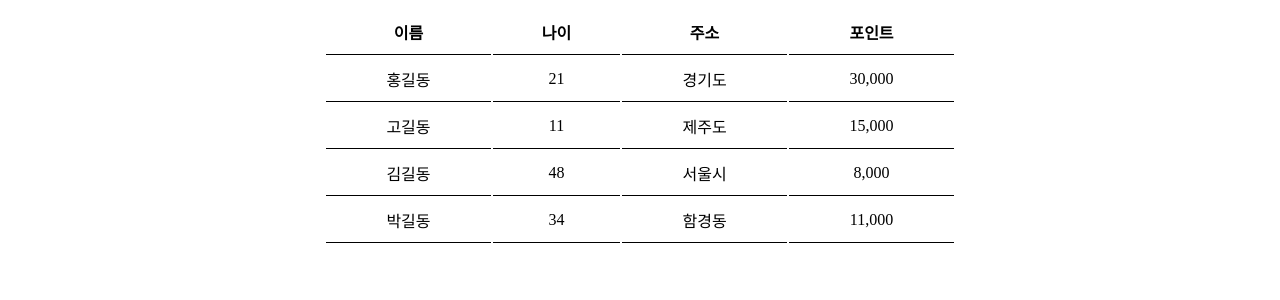
Repository: claddds/2023_webstudy
Page: 01_html/src/main/webapp/day03/ex06_tableStyling.html
The author's editor kept a copy of each file at every save. The page is drawn from the files as they stood at one save, then again after the next save.
The browser window is 1280 px wide. The pictures show the whole page.

Above is the page before, as saved 2023-06-21 02:12:02.

### 01_html/src/main/webapp/day03/ex06_tableStyling.html
<!DOCTYPE html>
<html>
<head>
<meta charset="UTF-8">
<title>hover 이용</title>
<style type="text/css">
	table{
		width: 50%;
		margin: auto;
	}

	th,td{
		text-align: center;
		border-bottom: 1px solid #000;
		padding: 10px;
	}
	/*tr에 마우스 포인터를 놓으면*/
	tr:hover{
		background-color: #d3ffff;
	}
</style>
</head>
<body>
	<table>
		<thead>
			<tr><th>이름</th><th>나이</th><th>주소</th><th>포인트</th></tr>
		</thead>
		<tbody>
			<tr><td>홍길동</td><td>21</td><td>경기도</td><td>30,000</td></tr>
			<tr><td>고길동</td><td>11</td><td>제주도</td><td>15,000</td></tr>
			<tr><td>김길동</td><td>48</td><td>서울시</td><td>8,000</td></tr>
			<tr><td>박길동</td><td>34</td><td>함경동</td><td>11,000</td></tr>
		</tbody>
	</table>
</body>
</html>

After the next save:
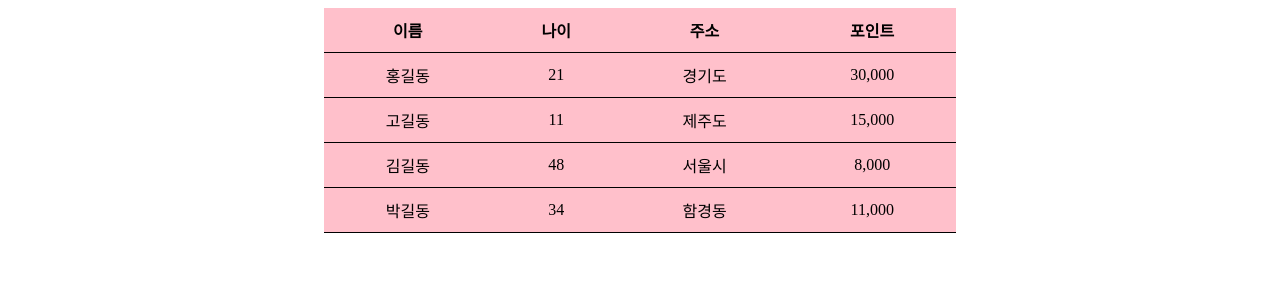
Saved 5 min 2 s later.
--- a/01_html/src/main/webapp/day03/ex06_tableStyling.html
+++ b/01_html/src/main/webapp/day03/ex06_tableStyling.html
@@ -2,21 +2,23 @@
 <html>
 <head>
 <meta charset="UTF-8">
-<title>hover 이용</title>
+<title>colgroup 태그 열그룹</title>
 <style type="text/css">
 	table{
 		width: 50%;
 		margin: auto;
 	}
 
-	th,td{
+	table,th,td{
 		text-align: center;
+		padding: 10px;
 		border-bottom: 1px solid #000;
-		padding: 10px;
+		border-collapse: collapse;
 	}
-	/*tr에 마우스 포인터를 놓으면*/
-	tr:hover{
-		background-color: #d3ffff;
+
+	/*행*/
+	tr{
+		background-color: pink;
 	}
 </style>
 </head>
